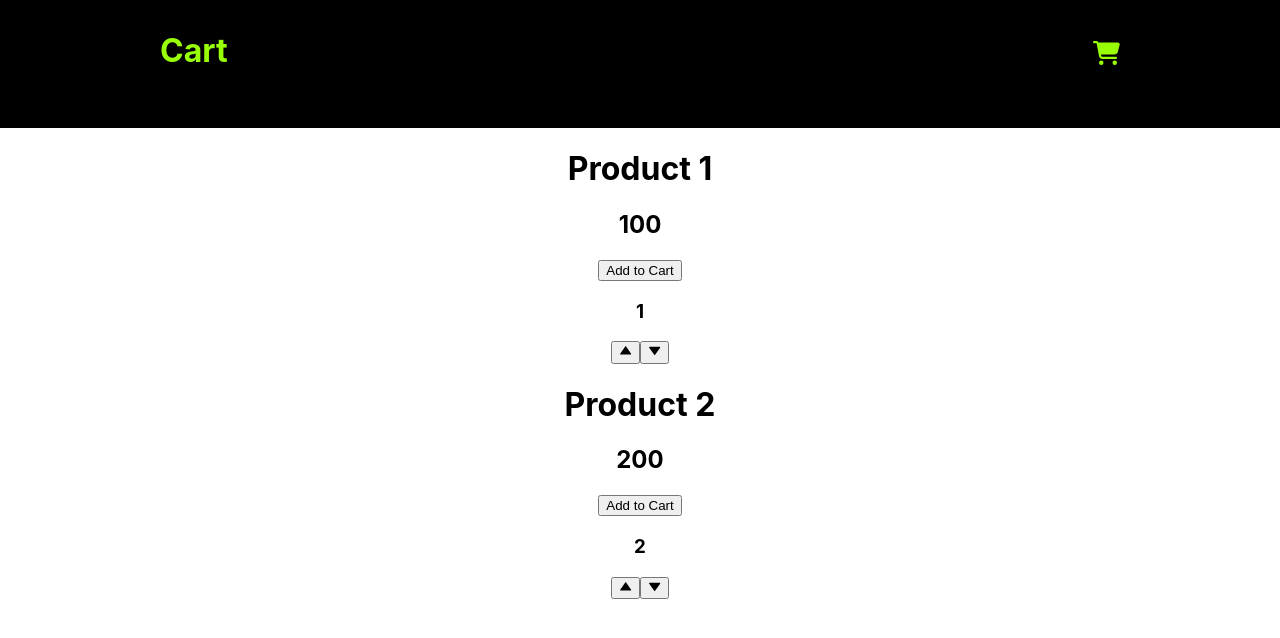
Repository: sriram1224/Cart-react-app
Page: /
An editor plug-in stored every save of this project. The page is shown before and after the next save, followed by the edit.
The browser window is 1280 px wide. The pictures show the whole page.
The project was rebuilt for these pictures with package versions that can differ from the ones it lists, and the page was loaded fresh each time.

Above is the page before, as saved 2024-03-12 15:39:19.

### src/App.js
import Nav from "./Components/Nav.js"
import './App.css';
import Cart from './Components/cart.js';
function App() {
  return (
    <div className="App">
      <Nav />
      <Cart />
    </div>
  );
}

export default App;

### src/Components/Nav.js
import React, { useState } from 'react';
import { FontAwesomeIcon } from '@fortawesome/react-fontawesome';
import { faShoppingCart } from '@fortawesome/free-solid-svg-icons';
import './Navbar.css';

function Navbar() {
  const [cartCount, setCartCount] = useState(0);

  // Function to update the cart count
  const updateCartCount = (count) => {
    setCartCount(count);
  };

  return (
    <div className="nav-container">
      <div className="cart">
        <div className="heading">
          <h1>Cart</h1>
        </div>
        <h1>
          <div className="cart-icon-container">
            <FontAwesomeIcon icon={faShoppingCart} className="cart-icon" />
            {cartCount > 0 && (
              <span className="cart-count">{cartCount}</span>
            )}
          </div>
        </h1>
      </div>
    </div>
  );
}

export default Navbar;

### src/Components/cart.js
import React, { useState } from 'react';
import { BiSolidUpArrow, BiSolidDownArrow } from 'react-icons/bi';

function Cart({ updateCartCount }) {
  const [cartItems, setCartItems] = useState([]);

  const products = [
    {
      id: '1',
      name: 'Product 1',
      price: 100,
      Quantity: 1,
    },
    {
      id: '2',
      name: 'Product 2',
      price: 200,
      Quantity: 2,
    },

  ];

  const addToCart = (product) => {
    const existingItemIndex = cartItems.findIndex((item) => item.id === product.id);
    if (existingItemIndex !== -1) {
      const updatedCartItems = [...cartItems];
      updatedCartItems[existingItemIndex].Quantity++;
      setCartItems(updatedCartItems);
    } else {
      setCartItems([...cartItems, { ...product }]);
    }
    updateCartCount(cartItems.length + 1); // Update cart count
  };

  return (
    <div>
      {products.map((product, index) => {
        return (
          <div key={index}>
            <h1>{product.name}</h1>
            <h2>{product.price}</h2>
            <button onClick={() => addToCart(product)}>Add to Cart</button>
            <h3>{product.Quantity}</h3>

            <button><BiSolidUpArrow /></button>
            <button><BiSolidDownArrow /></button>
          </div>
        );
      })}
    </div>
  );
}

export default Cart;

### src/Components/Navbar.css
.cart-icon-container {
    position: relative;
    display: inline-block;
}

.cart-icon {
    font-size: 1.5rem;
    color: rgb(152, 255, 7);
    /* Adjust the size as needed */
}

.cart-count {
    position: absolute;
    top: -10px;
    /* Adjust the vertical positioning */
    right: -10px;
    /* Adjust the horizontal positioning */
    background-color: red;
    color: white;
    border-radius: 50%;
    padding: 2px 6px;
    font-size: 0.8rem;
    /* Adjust the font size as needed */
}

.cart{
    display: flex;
    justify-content: space-between;
    margin: 0 10rem;
    align-items: center;
    padding-top: 10px;

}

.heading{
text-align: center;
color: rgb(152, 255, 7);
}

.nav-container{
    width: 100%;
    height: 8rem;
    background-color:rgb(0, 0, 0)
}

Loaded but not shown: public/index.html (common file); src/index.js (common file); src/index.css (common file); src/reportWebVitals.js (common file); src/App.css (common file)

After the next save:
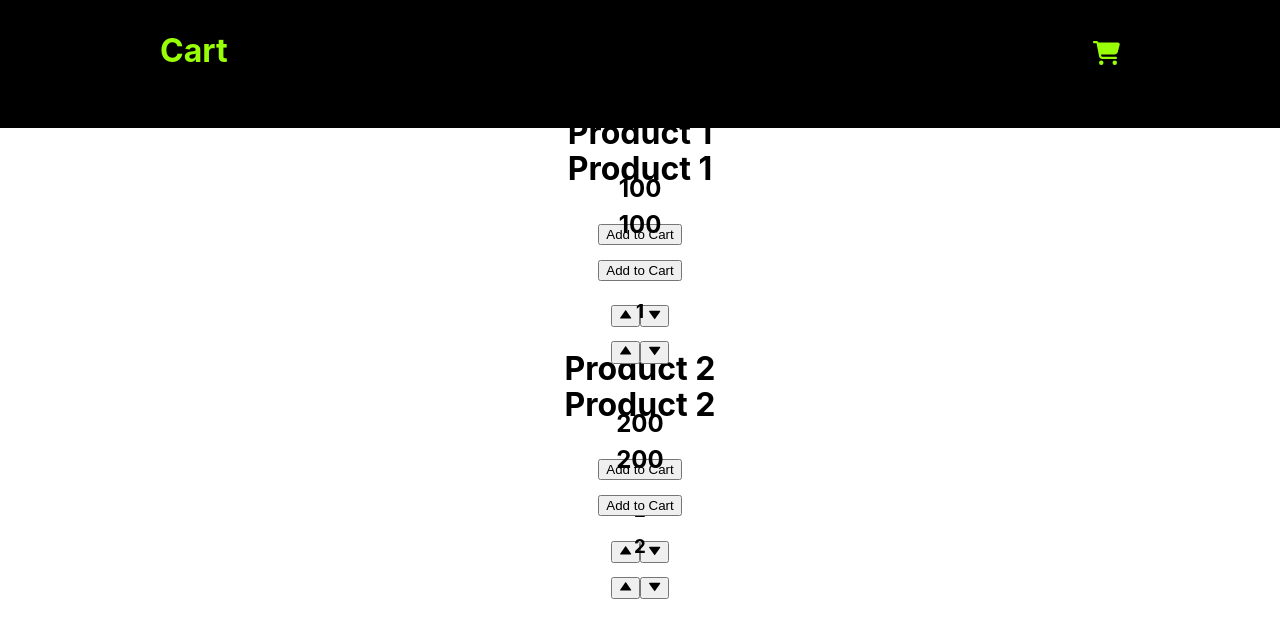
Saved 45 s later.
--- a/src/Components/Nav.js
+++ b/src/Components/Nav.js
@@ -2,6 +2,7 @@ import React, { useState } from 'react';
 import { FontAwesomeIcon } from '@fortawesome/react-fontawesome';
 import { faShoppingCart } from '@fortawesome/free-solid-svg-icons';
 import './Navbar.css';
+import Cart from './Cart'; // assuming the Cart component is in a separate file
 
 function Navbar() {
   const [cartCount, setCartCount] = useState(0);
@@ -26,6 +27,8 @@ function Navbar() {
           </div>
         </h1>
       </div>
+      {/* Render the Cart component and pass the updateCartCount function */}
+      <Cart updateCartCount={updateCartCount} />
     </div>
   );
 }
